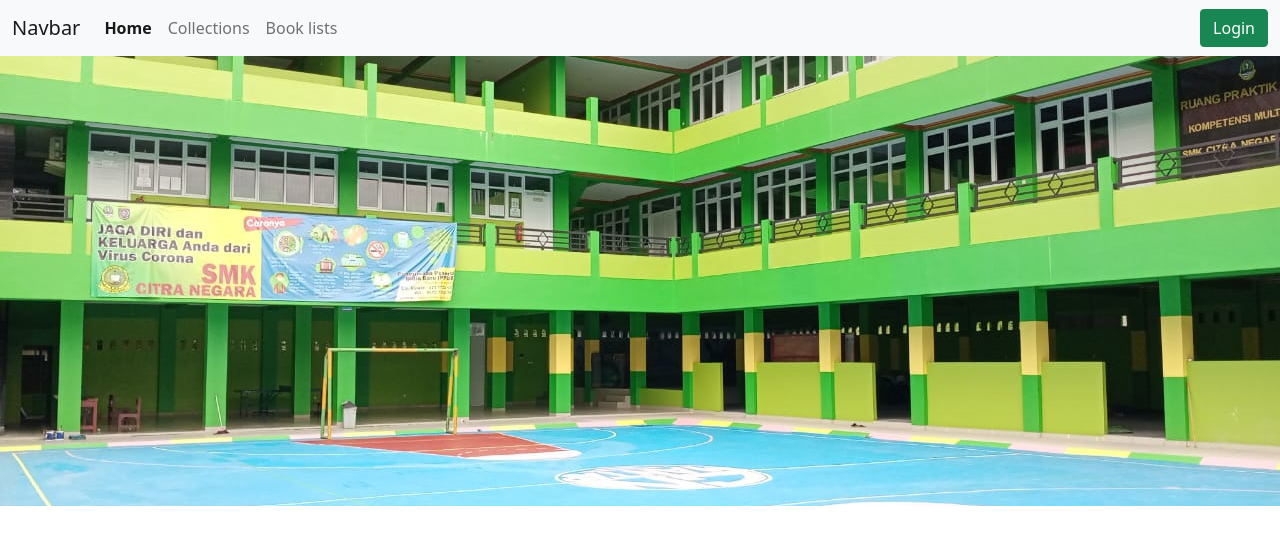
Repository: humanrizki/app-perpus-laravel-8
Page: http://localhost/home
An editor plug-in stored every save of this project. The page is shown before and after the next save, followed by the edit.
The browser window is 1280 px wide. The pictures show the whole page.
Some web libraries are served in a nearby version. The page is served by the project's Laravel application, run on PHP 8.4 with Laravel 8.

Above is the page before, as saved 2021-11-25 12:07:02.

After the next save:
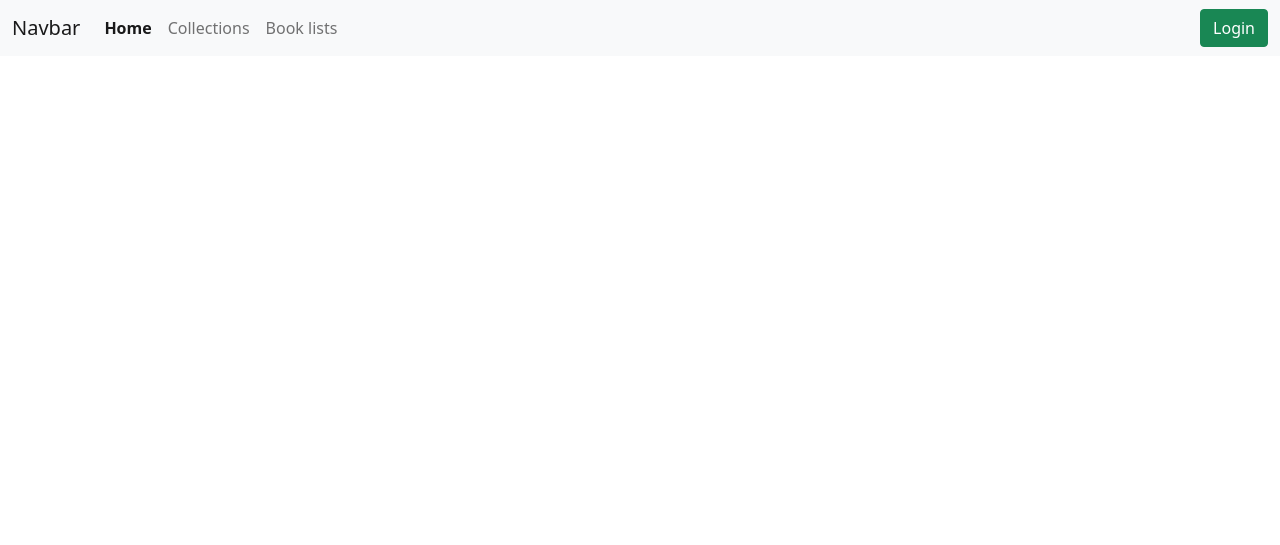
Saved 60 min 14 s later.
--- a/resources/views/homeTemplate.blade.php
+++ b/resources/views/homeTemplate.blade.php
@@ -5,7 +5,7 @@
         height:450px;
         background-image:url('img/cn.png');
         background-repeat:no-repeat;
-        background-position:50% 50%;
+        background-size:100%0%;
         ">
     </div>
 @endsection
